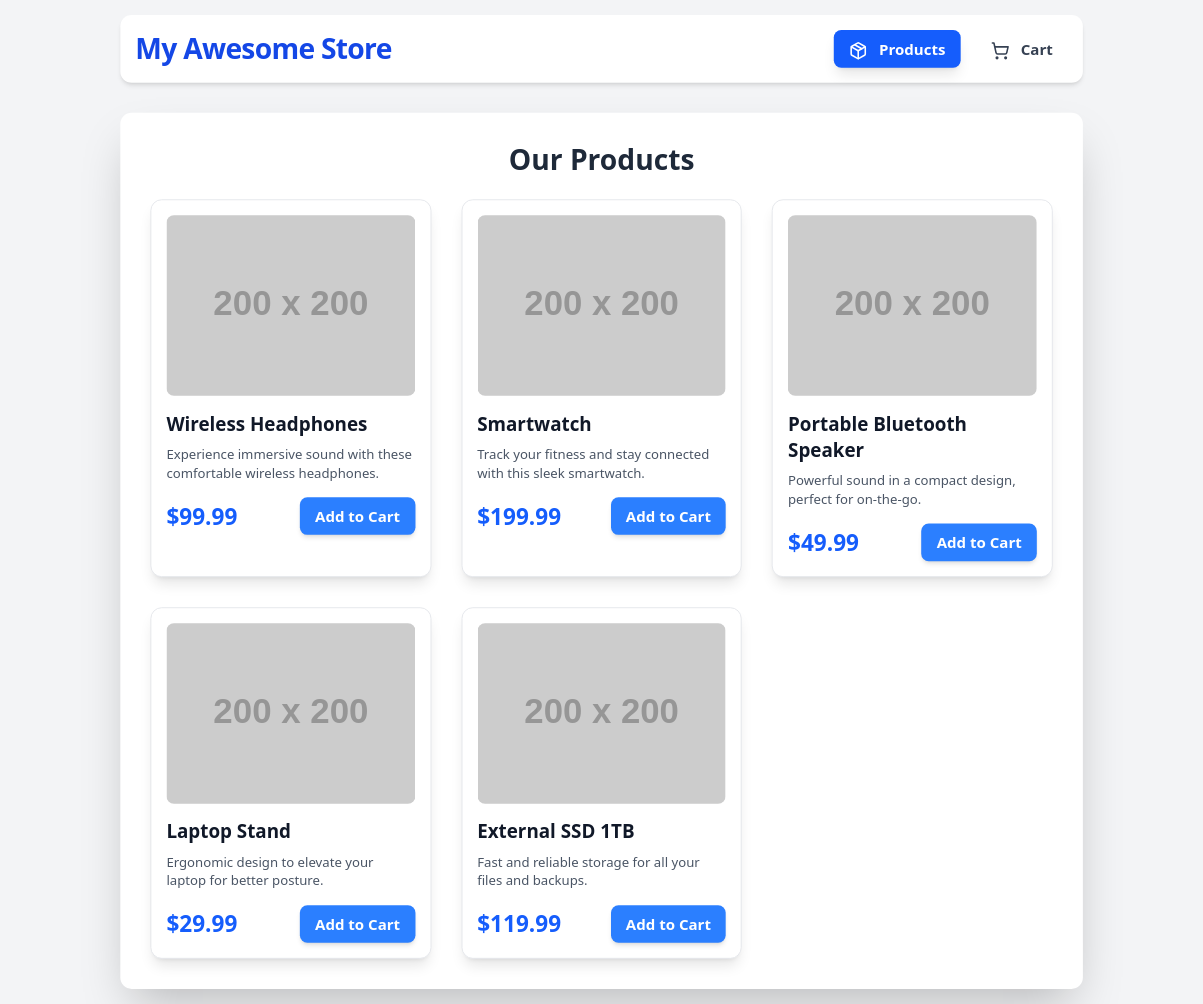
Repository: EphrahimLaanyu123/admin-panel
Page: /
These files come from the project's save history. The page is drawn as it stood at one moment and after a run of saves; the edit follows.
The browser window is 1280 px wide. The pictures show the whole page, at 94% of full size.
The project was rebuilt for these pictures with package versions that can differ from the ones it lists, and the page was loaded fresh each time. Also part of the build but not shown: vite.config.js, src/components/Cart.jsx.

Above is the page before, as saved 2025-06-13 12:04:27.

### src/main.jsx
// main.jsx
import React from 'react';
import ReactDOM from 'react-dom/client';
import { BrowserRouter } from 'react-router-dom';
import App from './App';
import './index.css';

ReactDOM.createRoot(document.getElementById('root')).render(
  <BrowserRouter>
    <App />
  </BrowserRouter>
);

### src/App.jsx
// App.jsx
import React, { useState, useEffect, useMemo } from 'react';
import { Routes, Route, NavLink, useLocation } from 'react-router-dom';
import Cookies from 'js-cookie';
import { ShoppingCart, Package } from 'lucide-react';
import Products from './components/Products';
import Cart from './components/Cart';

function App() {
  const [cart, setCart] = useState([]);
  const [showConfirmation, setShowConfirmation] = useState('');
  const location = useLocation();

  useEffect(() => {
    try {
      const storedCart = Cookies.get('shoppingCart');
      if (storedCart) {
        setCart(JSON.parse(storedCart));
      }
    } catch (error) {
      console.error('Failed to load cart from cookies:', error);
      Cookies.remove('shoppingCart');
    }
  }, []);

  useEffect(() => {
    if (cart.length > 0) {
      Cookies.set('shoppingCart', JSON.stringify(cart), {
        expires: 30,
        secure: true,
        sameSite: 'Lax',
      });
    } else {
      Cookies.remove('shoppingCart');
    }
  }, [cart]);

  const addToCart = (product) => {
    setCart((prevCart) => {
      const existingItem = prevCart.find((item) => item.productId === product.id);
      if (existingItem) {
        return prevCart.map((item) =>
          item.productId === product.id ? { ...item, quantity: item.quantity + 1 } : item
        );
      } else {
        return [...prevCart, { productId: product.id, name: product.name, price: product.price, quantity: 1 }];
      }
    });

    setShowConfirmation(`${product.name} added to cart!`);
    const timer = setTimeout(() => setShowConfirmation(''), 2000);
    return () => clearTimeout(timer);
  };

  const updateQuantity = (productId, change) => {
    setCart((prevCart) =>
      prevCart
        .map((item) =>
          item.productId === productId ? { ...item, quantity: item.quantity + change } : item
        )
        .filter((item) => item.quantity > 0)
    );
  };

  const removeFromCart = (productId) => {
    setCart((prevCart) => prevCart.filter((item) => item.productId !== productId));
  };

  const totalCartItems = useMemo(() => cart.reduce((sum, item) => sum + item.quantity, 0), [cart]);

  return (
    <div className="min-h-screen bg-gray-100 flex flex-col items-center p-4 font-inter">
      <header className="w-full max-w-5xl bg-white shadow-md rounded-xl p-4 flex justify-between items-center mb-8">
        <h1 className="text-3xl font-extrabold text-blue-700 tracking-tight">My Awesome Store</h1>
        <nav className="flex items-center space-x-4">
          <NavLink
            to="/"
            className={({ isActive }) =>
              `px-4 py-2 rounded-lg font-semibold transition duration-200 ease-in-out ${
                isActive ? 'bg-blue-600 text-white shadow-lg' : 'text-gray-700 hover:bg-gray-200'
              }`
            }
          >
            <Package className="inline-block mr-2" size={20} /> Products
          </NavLink>
          <NavLink
            to="/cart"
            className={({ isActive }) =>
              `px-4 py-2 rounded-lg font-semibold relative transition duration-200 ease-in-out ${
                isActive ? 'bg-blue-600 text-white shadow-lg' : 'text-gray-700 hover:bg-gray-200'
              }`
            }
          >
            <ShoppingCart className="inline-block mr-2" size={20} /> Cart
            {totalCartItems > 0 && (
              <span className="absolute -top-2 -right-2 bg-red-500 text-white text-xs font-bold rounded-full h-6 w-6 flex items-center justify-center">
                {totalCartItems}
              </span>
            )}
          </NavLink>
        </nav>
      </header>

      {showConfirmation && (
        <div className="fixed top-4 right-4 bg-green-500 text-white px-6 py-3 rounded-lg shadow-xl z-50">
          {showConfirmation}
        </div>
      )}

      <Routes>
        <Route path="/" element={<Products addToCart={addToCart} />} />
        <Route
          path="/cart"
          element={
            <Cart
              cart={cart}
              products={Products.productList}
              updateQuantity={updateQuantity}
              removeFromCart={removeFromCart}
            />
          }
        />
      </Routes>
    </div>
  );
}

export default App;

### src/components/Products.jsx
// Products.jsx
import React from 'react';

const productList = [
  { id: '1', name: 'Wireless Headphones', price: 99.99, imageUrl: 'https://placehold.co/200x200/CAF0F8/03045E?text=Headphones', description: 'Experience immersive sound with these comfortable wireless headphones.' },
  { id: '2', name: 'Smartwatch', price: 199.99, imageUrl: 'https://placehold.co/200x200/ADE8F4/03045E?text=Smartwatch', description: 'Track your fitness and stay connected with this sleek smartwatch.' },
  { id: '3', name: 'Portable Bluetooth Speaker', price: 49.99, imageUrl: 'https://placehold.co/200x200/90E0EF/03045E?text=Speaker', description: 'Powerful sound in a compact design, perfect for on-the-go.' },
  { id: '4', name: 'Laptop Stand', price: 29.99, imageUrl: 'https://placehold.co/200x200/48CAE4/03045E?text=Stand', description: 'Ergonomic design to elevate your laptop for better posture.' },
  { id: '5', name: 'External SSD 1TB', price: 119.99, imageUrl: 'https://placehold.co/200x200/00B4D8/03045E?text=SSD', description: 'Fast and reliable storage for all your files and backups.' },
];

function Products({ addToCart }) {
  return (
    <main className="w-full max-w-5xl bg-white p-8 rounded-xl shadow-2xl">
      <h2 className="text-3xl font-bold text-gray-800 mb-6 text-center">Our Products</h2>
      <div className="grid grid-cols-1 sm:grid-cols-2 lg:grid-cols-3 gap-8">
        {productList.map((product) => (
          <div key={product.id} className="border border-gray-200 rounded-xl overflow-hidden shadow-lg hover:shadow-xl bg-white p-4">
            <img
              src={product.imageUrl}
              alt={product.name}
              className="w-full h-48 object-cover rounded-lg mb-4"
              onError={(e) => {
                e.target.onerror = null;
                e.target.src = 'https://placehold.co/200x200/CCCCCC/333333?text=Image+Not+Found';
              }}
            />
            <h3 className="text-xl font-bold text-gray-900 mb-2">{product.name}</h3>
            <p className="text-gray-600 text-sm mb-4">{product.description}</p>
            <div className="flex justify-between items-center">
              <span className="text-2xl font-bold text-blue-600">${product.price.toFixed(2)}</span>
              <button
                onClick={() => addToCart(product)}
                className="bg-blue-500 hover:bg-blue-600 text-white font-bold py-2 px-4 rounded-lg shadow-md hover:shadow-lg transition"
              >
                Add to Cart
              </button>
            </div>
          </div>
        ))}
      </div>
    </main>
  );
}

// Export both component and product list
Products.productList = productList;

export default Products;

Loaded but not shown: index.html (common file); src/index.css (common file)

After the next 2 saves:
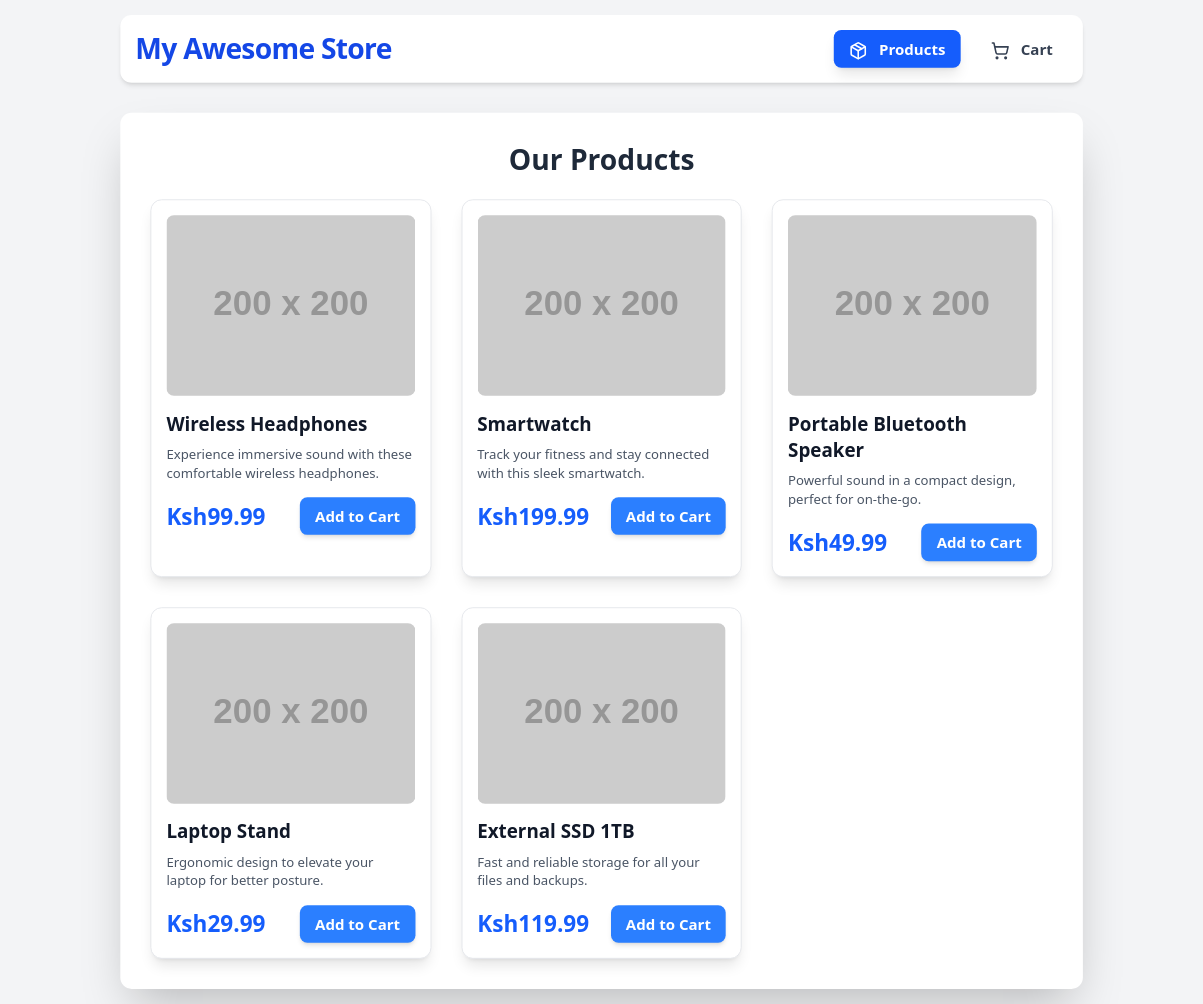
The 2 saves are shown as one change because they came seconds apart.
The last was saved 54 s later.
--- a/src/components/Products.jsx
+++ b/src/components/Products.jsx
@@ -28,7 +28,7 @@
             <h3 className="text-xl font-bold text-gray-900 mb-2">{product.name}</h3>
             <p className="text-gray-600 text-sm mb-4">{product.description}</p>
             <div className="flex justify-between items-center">
-              <span className="text-2xl font-bold text-blue-600">${product.price.toFixed(2)}</span>
+              <span className="text-2xl font-bold text-blue-600">Ksh{product.price.toFixed(2)}</span>
               <button
                 onClick={() => addToCart(product)}
                 className="bg-blue-500 hover:bg-blue-600 text-white font-bold py-2 px-4 rounded-lg shadow-md hover:shadow-lg transition"
